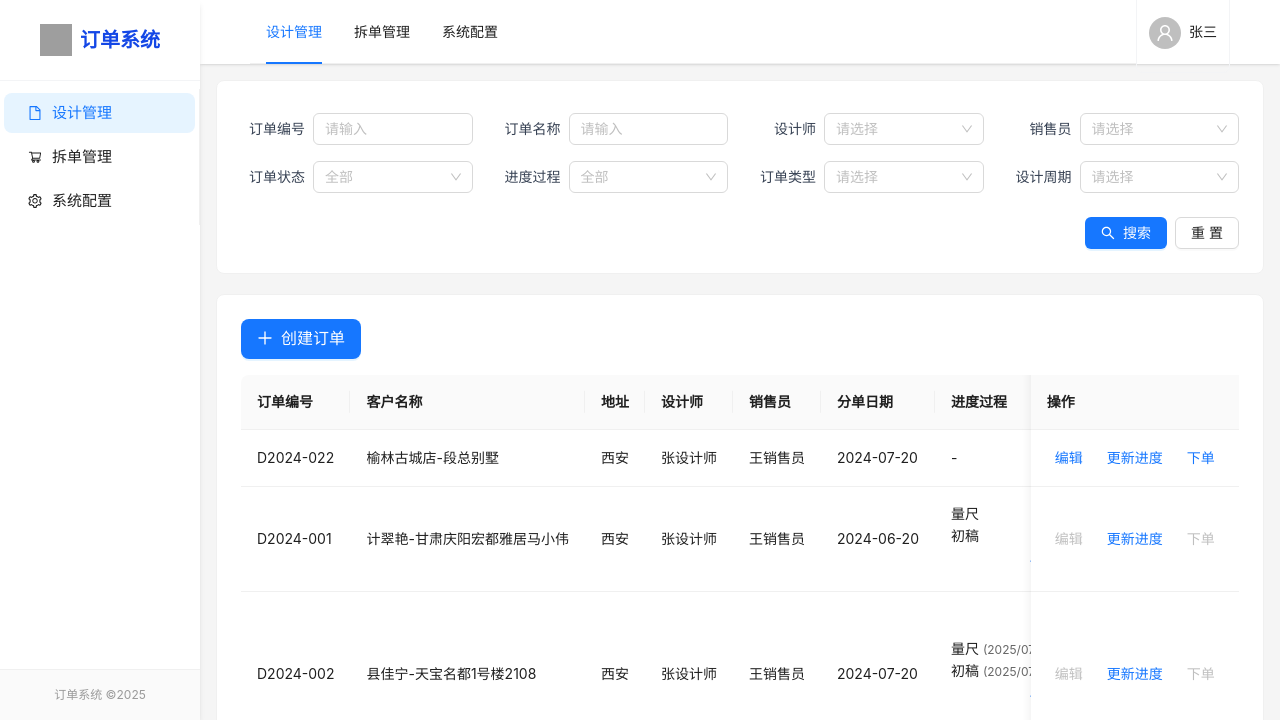
Repository: Garyxiwang/order_system
Page: /design (app in front/)
The author's editor kept a copy of each file at every save. The page is drawn from the files as they stood at one save, then again after the next save.
The browser window is 1280 px wide. The pictures show the whole page.
Pictures or frames that could not be fetched are drawn as grey boxes. An inner scrolling area shows only its first screen. The project was rebuilt for these pictures with package versions that can differ from the ones it lists, and the page was loaded fresh each time. The framework's server and built-in components were replaced by stand-ins that run in the browser. Also part of the build but not shown: front/next.config.js, front/next.config.ts.

Above is the page before, as saved 2025-08-07 14:54:41.

After the next save:
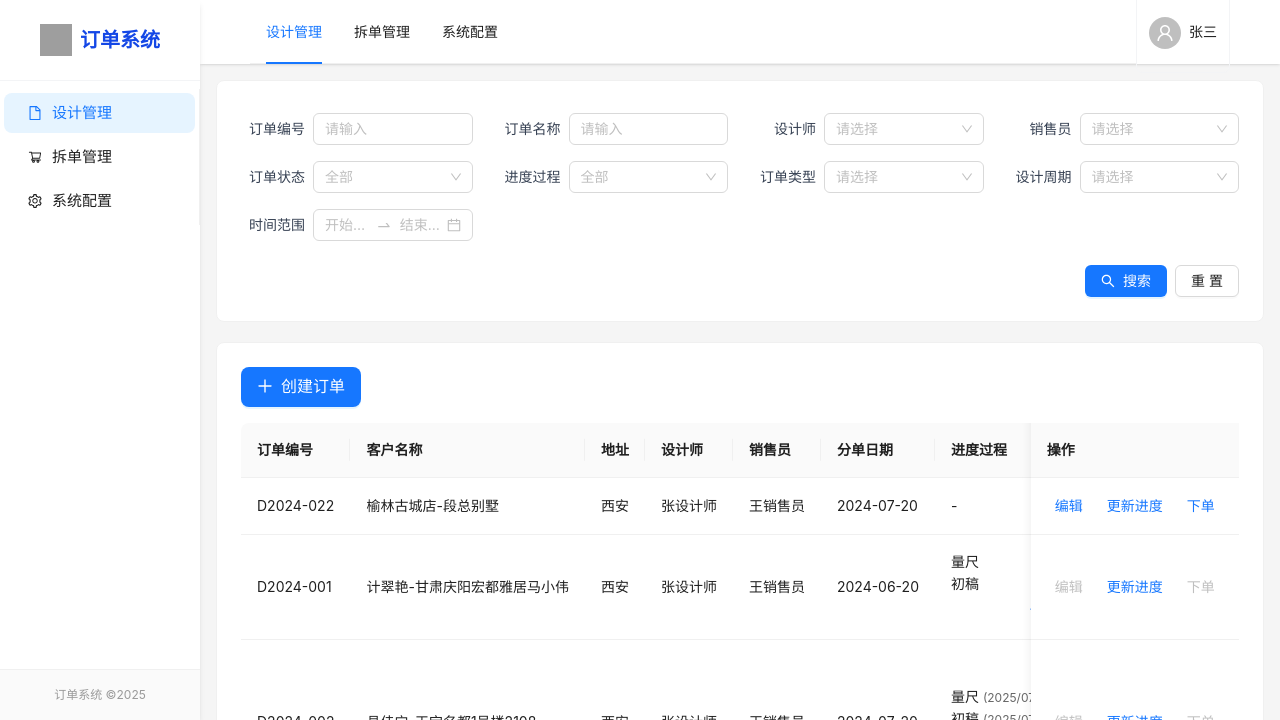
Saved 23 s later.
--- a/front/src/app/design/page.tsx
+++ b/front/src/app/design/page.tsx
@@ -537,6 +537,22 @@ const DesignPage: React.FC = () => {
           </Col>
         </Row>
 
+        <Row gutter={24}>
+          <Col span={6} className="py-2">
+            <div className="flex items-center gap-2">
+              <label className="whitespace-nowrap text-sm font-medium text-gray-700 min-w-16 text-right">
+                时间范围
+              </label>
+              <RangePicker
+                placeholder={["开始日期", "结束日期"]}
+                className="rounded-md flex-1"
+                size="middle"
+                allowClear
+              />
+            </div>
+          </Col>
+        </Row>
+
         <Row className="mt-4">
           <Col span={24} className="text-right">
             <Space>
